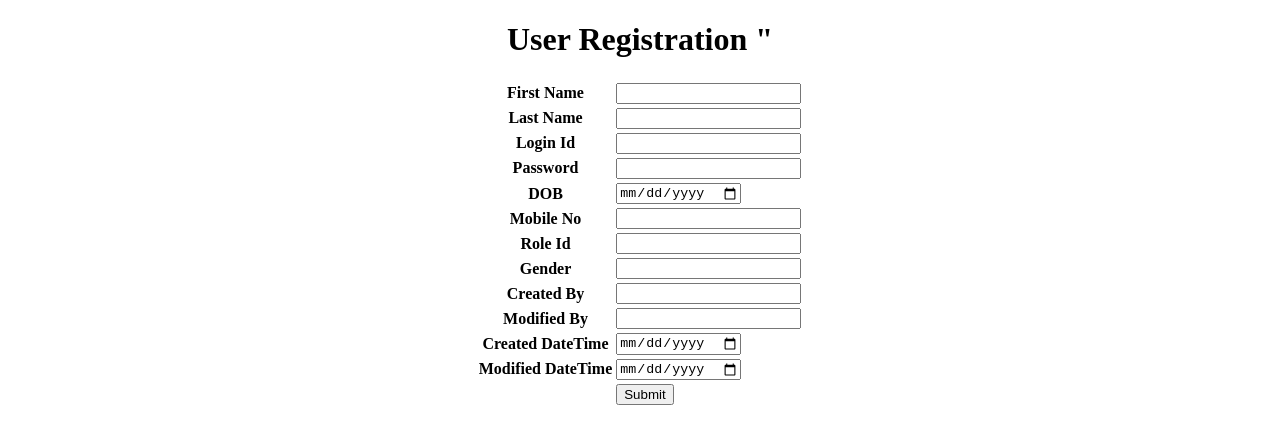
Repository: Ajay12Ajay/Advance_Java
Page: http://localhost/Advance_Web_Project/UserRegistrationView.jsp
An editor plug-in stored every save of this project. The page is shown before and after the next save, followed by the edit.
The browser window is 1280 px wide. The pictures show the whole page.
The page is served by Tomcat 9. Other server files are loaded and not shown.

Above is the page before, as saved 2025-07-24 10:42:03.

### Advance_Java/Advance_Web_Project/WebContent/UserRegistrationView.jsp
<%@ page language="java" contentType="text/html; charset=UTF-8"
	pageEncoding="UTF-8"%>
<!DOCTYPE html>
<html>
<head>
<meta charset="UTF-8">
<title>User Registration</title>
</head>
<body>
	<div align="center">
		<form action="UserRegistrationCtl" method="post">
			<h1>User Registration "</h1>
			<table>
				<tr>
					<th>First Name</th>
					<td><input type="text" name="firstName"></td>
				</tr>
				<tr>
					<th>Last Name</th>
					<td><input type="text" name="lastName"></td>
				</tr>
				<tr>
					<th>Login Id</th>
					<td><input type="text" name="loginId"></td>
				</tr>
				<tr>
					<th>Password</th>
					<td><input type="text" name="password"></td>
				</tr>
				<tr>
					<th>DOB</th>
					<td><input type="date" name="dob"></td>
				</tr>
				<tr>
					<th>Mobile No</th>
					<td><input type="text" name="mobileNo"></td>
				</tr>
				<tr>
					<th>Role Id</th>
					<td><input type="text" name="roleId"></td>
				</tr>
				<tr>
					<th>Gender</th>
					<td><input type="text" name="gender"></td>
				</tr>
				<tr>
					<th>Created By</th>
					<td><input type="text" name="createdBy"></td>
				</tr>
				<tr>
					<th>Modified By</th>
					<td><input type="text" name="modifiedBy"></td>
				</tr>
				<tr>
					<th>Created DateTime</th>
					<td><input type="date" name="createdDatetime"></td>
				</tr>
				<tr>
					<th>Modified DateTime</th>
					<td><input type="date" name="createdDatetime"></td>
				</tr>
				<tr>
					<th></th>
					<td><input type="submit" name="signUp"></td>
				</tr>
			</table>
		</form>
	</div>
</body>
</html>

After the next save:
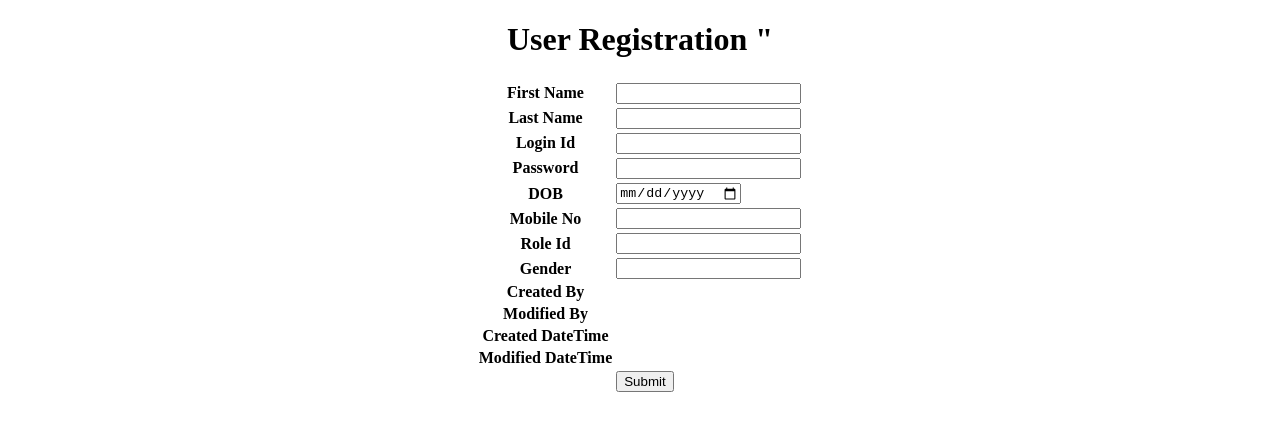
Saved 3 min 7 s later.
--- a/Advance_Java/Advance_Web_Project/WebContent/UserRegistrationView.jsp
+++ b/Advance_Java/Advance_Web_Project/WebContent/UserRegistrationView.jsp
@@ -45,19 +45,19 @@
 				</tr>
 				<tr>
 					<th>Created By</th>
-					<td><input type="text" name="createdBy"></td>
+					<td><input type="hidden" name="createdBy"></td>
 				</tr>
 				<tr>
 					<th>Modified By</th>
-					<td><input type="text" name="modifiedBy"></td>
+					<td><input type="hidden" name="modifiedBy"></td>
 				</tr>
 				<tr>
 					<th>Created DateTime</th>
-					<td><input type="date" name="createdDatetime"></td>
+					<td><input type="hidden" name="createdDatetime"></td>
 				</tr>
 				<tr>
 					<th>Modified DateTime</th>
-					<td><input type="date" name="createdDatetime"></td>
+					<td><input type="hidden" name="createdDatetime"></td>
 				</tr>
 				<tr>
 					<th></th>
